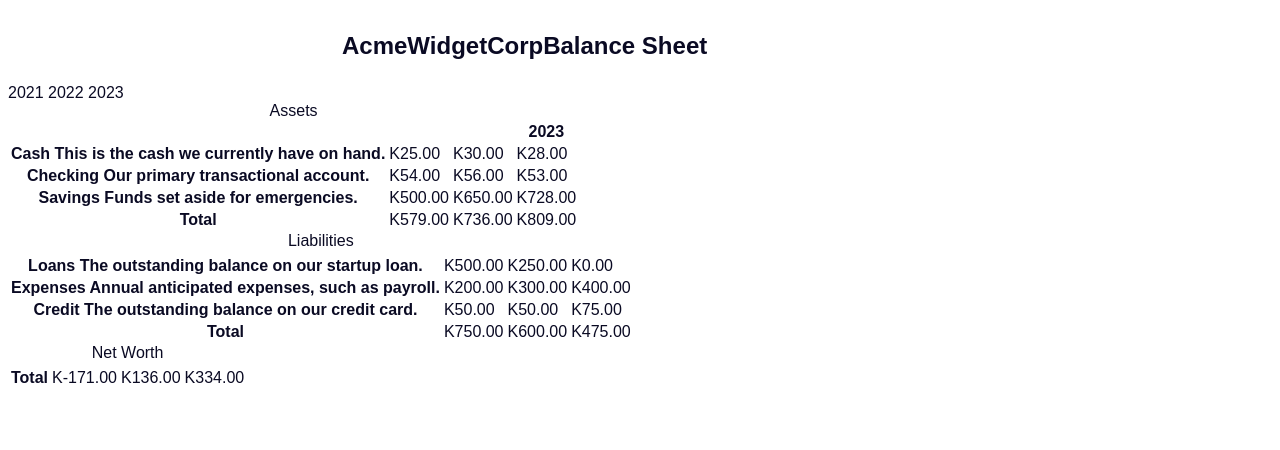
Repository: Lungdjos/balance_shee
Page: index.html
An editor plug-in stored every save of this project. The page is shown before and after a run of saves, followed by the edit.
The browser window is 1280 px wide. The pictures show the whole page.

Above is the page before, as saved 2023-10-31 17:34:10.

### index.html
<!DOCTYPE html>
<html lang="en">

<head>
    <meta charset="UTF-8">
    <meta name="viewport" content="width=device-width, initial-scale=1.0">
    <title>Balance Sheet</title>
    <link rel="stylesheet" href="styles.css">
</head>

<body>
    <main>
        <section>
            <h1>
                <span class="flex">
                <span>AcmeWidgetCorp</span>
                <span>Balance Sheet</span>
                </span>
            </h1>
            <div id="years" aria-hidden="true">
                <span class="year">2021</span>
                <span class="year">2022</span>
                <span class="year">2023</span>
            </div>
            <div class="table-wrap">
                <table>
                    <caption>Assets</caption>
                    <thead>
                        <tr>
                            <td></td>
                            <th><span class="sr-only year">2021</span></th>
                            <th><span class="sr-only year">2022</span></th>
                            <th class="current"><span class="current">2023</span></th>
                        </tr>
                    </thead>
                    <tbody>
                        <tr class="data">
                            <th>
                                Cash <span class="description">This is the cash we currently have on hand.</span>
                            </th>
                            <td>K25.00</td>
                            <td>K30.00</td>
                            <td class="current">K28.00</td>
                        </tr>
                        <tr class="data">
                            <th>
                                Checking <span class="description">Our primary transactional account.</span>
                            </th>
                            <td>K54.00</td>
                            <td>K56.00</td>
                            <td class="current">K53.00</td>
                        </tr>
                        <tr class="data">
                            <th>
                                Savings <span class="description">Funds set aside for emergencies.</span>
                            </th>
                            <td>K500.00</td>
                            <td>K650.00</td>
                            <td class="current">K728.00</td>
                        </tr>
                        <tr class="total">
                            <th>
                                Total <span class="sr-only">Assets</span>
                            </th>
                            <td>K579.00</td>
                            <td>K736.00</td>
                            <td class="current">K809.00</td>
                        </tr>
                    </tbody>
                </table>
                <table>
                    <caption>Liabilities</caption>
                    <thead>
                        <tr>
                            <td></td>
                            <th><span class="sr-only">2021</span></th>
                            <th><span class="sr-only">2022</span></th>
                            <th><span class="sr-only">2023</span></th>
                        </tr>
                    </thead>
                    <tbody>
                        <tr class="data">
                            <th>
                                Loans <span class="description">The outstanding balance on our startup loan.</span>
                            </th>
                            <td>K500.00</td>
                            <td>K250.00</td>
                            <td class="current">K0.00</td>
                        </tr>
                        <tr class="data">
                            <th>
                                Expenses <span class="description">Annual anticipated expenses, such as payroll.</span>
                            </th>
                            <td>K200.00</td>
                            <td>K300.00</td>
                            <td class="current">K400.00</td>
                        </tr>
                        <tr class="data">
                            <th>
                                Credit <span class="description">The outstanding balance on our credit card.</span>
                            </th>
                            <td>K50.00</td>
                            <td>K50.00</td>
                            <td class="current">K75.00</td>
                        </tr>
                        <tr class="total">
                            <th>
                                Total <span class="sr-only">Liabilities</span>
                            </th>
                            <td>K750.00</td>
                            <td>K600.00</td>
                            <td class="current">K475.00</td>
                        </tr>
                    </tbody>
                </table>
                <table>
                    <caption>Net Worth</caption>
                    <thead>
                        <tr>
                            <td></td>
                            <th><span class="sr-only">2021</span></th>
                            <th><span class="sr-only">2022</span></th>
                            <th><span class="sr-only">2023</span></th>
                        </tr>
                    </thead>
                    <tbody>
                        <tr class="total">
                            <th>
                                Total <span class="sr-only">Net Worth</span>
                            </th>
                            <td>K-171.00</td>
                            <td>K136.00</td>
                            <td class="current">K334.00</td>
                        </tr>
                    </tbody>
                </table>
            </div>
        </section>
    </main>
</body>

</html>

</html>

</html>

### styles.css
/* general styling */

html {
    box-sizing: border-box;
}

body {
    font-family: sans-serif;
    color: #0a0a23;
}

span[class~="sr-only"] {
    border: 0;
    clip: rect(1px, 1px, 1px, 1px);
    clip-path: inset(50%);
    width: 1px;
    height: 1px;
    overflow: hidden;
    white-space: nowrap;
    position: absolute;
    padding: 0;
    margin: 1px;
}


/* table styling */

h1 {
    max-width: 37.25rem;
    margin: 0 auto;
    padding: 1.5rem 1.25rem;
}

h1 .flex {
    display: flex;
}

After the next 6 saves:
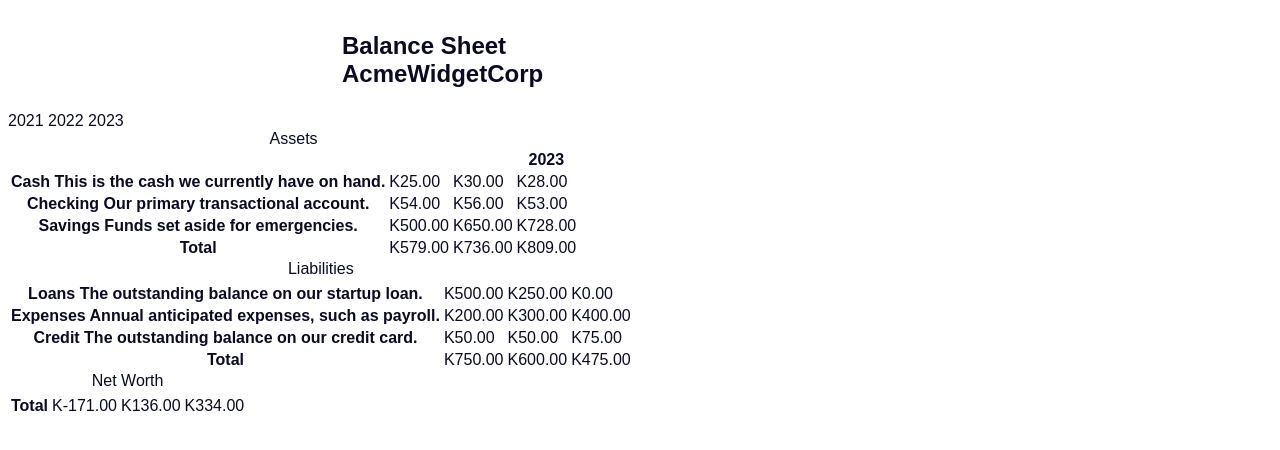
The 6 saves are shown as one change because they came seconds apart.
The last was saved 16 s later.
--- a/styles.css
+++ b/styles.css
@@ -33,4 +33,6 @@ h1 {
 
 h1 .flex {
     display: flex;
+    flex-direction: column-reverse;
+    gap:
 }
